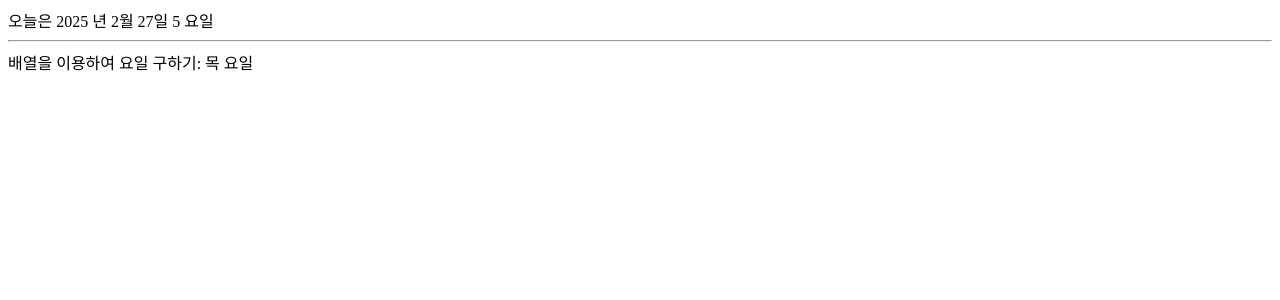
Repository: yubeens/JSP
Page: http://localhost/JSP_Project/exam/DateExam.jsp
An editor plug-in stored every save of this project. The page is shown before and after the next save, followed by the edit.
The browser window is 1280 px wide. The pictures show the whole page.
The page is served by Tomcat 9.

Above is the page before, as saved 2025-02-27 06:59:33.

After the next save:
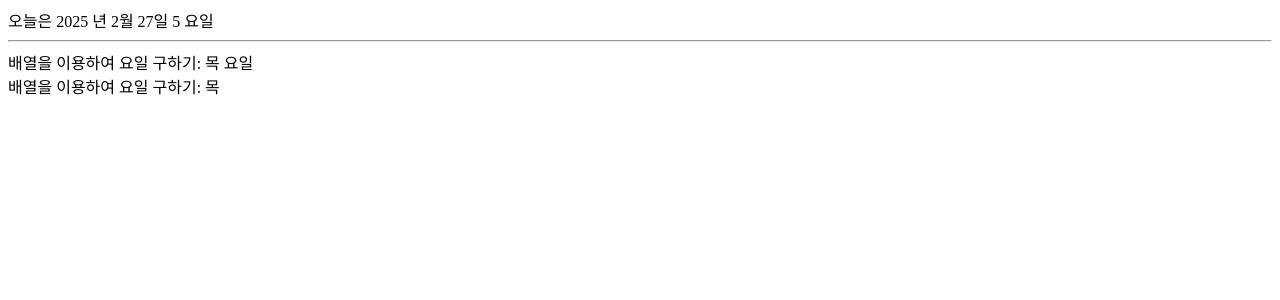
Saved 72 s later.
--- a/JSP_Project/src/main/webapp/exam/DateExam.jsp
+++ b/JSP_Project/src/main/webapp/exam/DateExam.jsp
@@ -18,7 +18,9 @@ String[] arr = {"일","월","화","수","목","금","토"};
  	 <%=ca.get(Calendar.DATE) %>일
  	 <%=ca.get(Calendar.DAY_OF_WEEK) %> 요일
 <hr>
-배열을 이용하여 요일 구하기: <%=arr[4] %> 요일
+배열을 이용하여 요일 구하기: <%=arr[4] %> 요일<br>
+배열을 이용하여 요일 구하기: <%=arr[ca.get(Calendar.DAY_OF_WEEK)-1] %><br>
+
 
 </body>
 </html>
